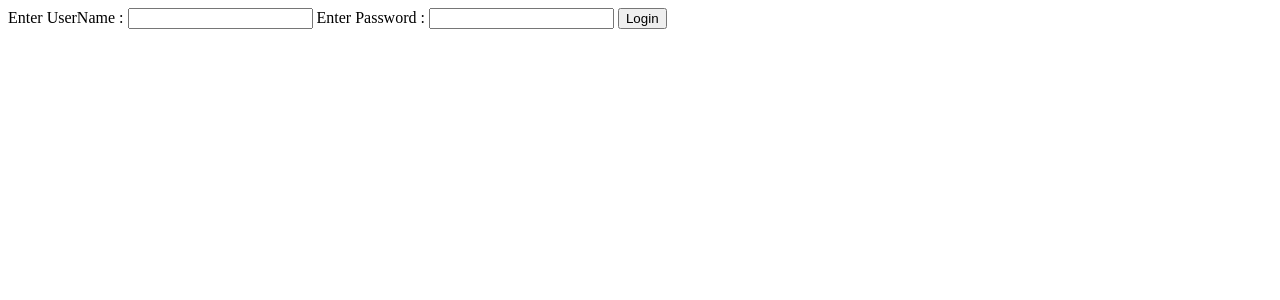
Repository: Kakarla-Manoj-Kumar/Login-Page
Page: http://localhost/Login/Login.jsp
An editor plug-in stored every save of this project. The page is shown before and after the next save, followed by the edit.
The browser window is 1280 px wide. The pictures show the whole page.
The page is served by Tomcat 10. Other server files are loaded and not shown.

Above is the page before, as saved 2024-03-22 15:04:30.

### Login/src/main/webapp/Login.jsp
<%@ page language="java" contentType="text/html; charset=ISO-8859-1"
    pageEncoding="ISO-8859-1"%>
<!DOCTYPE html>
<html>
<head>
<meta charset="ISO-8859-1">
<title>Insert title here</title>
</head>
<body>
<form action="login">
Enter UserName : <input type="text" name="username" >
Enter Password : <input type="password" name="pass" >
<input type="submit" value= "Login" >


</form>
</body>
</html>

After the next save:
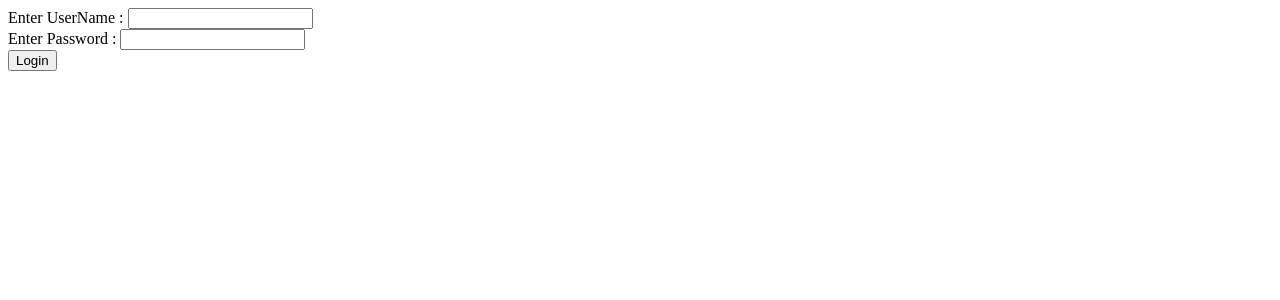
Saved 46 s later.
--- a/Login/src/main/webapp/Login.jsp
+++ b/Login/src/main/webapp/Login.jsp
@@ -8,8 +8,8 @@
 </head>
 <body>
 <form action="login">
-Enter UserName : <input type="text" name="username" >
-Enter Password : <input type="password" name="pass" >
+Enter UserName : <input type="text" name="username" ><br>
+Enter Password : <input type="password" name="pass" ><br>
 <input type="submit" value= "Login" >
 
 
